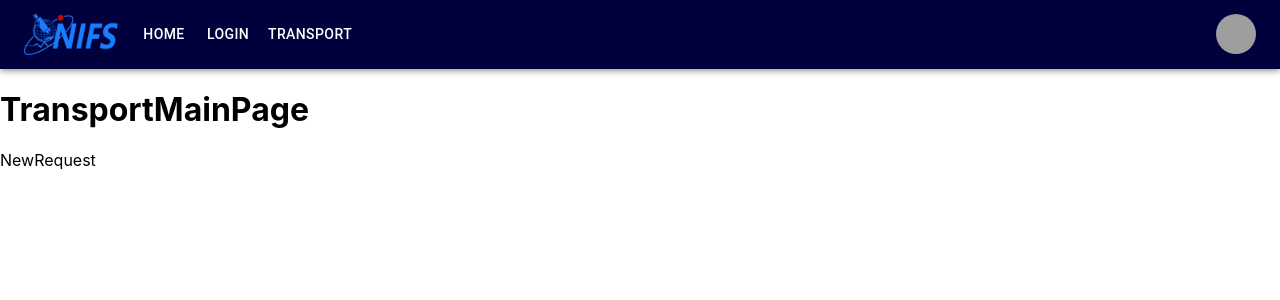
Repository: Ravindu97/NIFS_WebApplication
Page: /transport (app in client/)
The author's editor kept a copy of each file at every save. The page is drawn from the files as they stood at one save, then again after the next save.
The browser window is 1280 px wide. The pictures show the whole page.
Pictures or frames that could not be fetched are drawn as grey boxes. The project was rebuilt for these pictures with package versions that can differ from the ones it lists, and the page was loaded fresh each time. Also part of the build but not shown: client/src/pages/Home.js, client/src/pages/Login.js, client/src/components/Transport/RecommendedRequest.js, client/src/components/Transport/ApproveRequest.js.

Above is the page before, as saved 2022-06-30 20:38:34.

### client/src/index.css
body {
  margin: 0;
  font-family: -apple-system, BlinkMacSystemFont, 'Segoe UI', 'Roboto', 'Oxygen',
    'Ubuntu', 'Cantarell', 'Fira Sans', 'Droid Sans', 'Helvetica Neue',
    sans-serif;
  -webkit-font-smoothing: antialiased;
  -moz-osx-font-smoothing: grayscale;
}

:root{
  --main-navbar-back: #00003c;

}


.nav-logo{
  width: 100px;
  height: auto;
}

.main-navbar{
  background-color: var(--main-navbar-back) !important;
}

### client/src/App.js
import * as React from 'react';
import { BrowserRouter as Router, Route, Routes } from 'react-router-dom';
import Navbar from './components/shared/Navbar';
import Home from './pages/Home';
import Login from './pages/Login';
import TransportMainPage from './pages/TransportMainPage';

function App() {
	return (
		<div>
			<Router>
				<Navbar />
				<Routes>
					<Route exact path="/" element={<Home />} />
					<Route exact path="/login" element={<Login />} />
					<Route exact path="/transport/*" element={<TransportMainPage />} />
				</Routes>
			</Router>
		</div>
	);
}

export default App;

### client/src/components/shared/Navbar.js
import * as React from 'react';
import AppBar from '@mui/material/AppBar';
import Box from '@mui/material/Box';
import Toolbar from '@mui/material/Toolbar';
import IconButton from '@mui/material/IconButton';
import Typography from '@mui/material/Typography';
import Menu from '@mui/material/Menu';
import MenuIcon from '@mui/icons-material/Menu';
import Container from '@mui/material/Container';
import Avatar from '@mui/material/Avatar';
import Button from '@mui/material/Button';
import Tooltip from '@mui/material/Tooltip';
import MenuItem from '@mui/material/MenuItem';
import { Link } from 'react-router-dom';
import Logo from '../../images/nifs_logo.png';

const Navbar = () => {
	const pages = [
		{
			id: 0,
			title: 'Home',
			link: '/',
		},
		{
			id: 1,
			title: 'Login',
			link: '/login',
		},
		{
			id: 2,
			title: 'Transport',
			link: '/transport',
		},
	];

	const settings = [
		{
			id: 0,
			title: 'Home',
			link: '/',
		},
		{
			id: 1,
			title: 'Login',
			link: '/login',
		},
		{
			id: 2,
			title: 'Transport',
			link: '/transport',
		},
	];

	const [anchorElNav, setAnchorElNav] = React.useState(null);
	const [anchorElUser, setAnchorElUser] = React.useState(null);

	const handleOpenNavMenu = (event) => {
		setAnchorElNav(event.currentTarget);
	};
	const handleOpenUserMenu = (event) => {
		setAnchorElUser(event.currentTarget);
	};

	const handleCloseNavMenu = () => {
		setAnchorElNav(null);
	};

	const handleCloseUserMenu = () => {
		setAnchorElUser(null);
	};

	return (
		<AppBar position="static" className="main-navbar">
			<Container maxWidth="xl">
				<Toolbar disableGutters>
					{/* <AdbIcon sx={{ display: { xs: 'none', md: 'flex' }, mr: 1 }} /> */}
					<Box sx={{ display: { xs: 'none', md: 'flex' }, mr: 1 }}>
						<img src={Logo} alt="logo" className="nav-logo" />
					</Box>

					<Box sx={{ flexGrow: 1, display: { xs: 'flex', md: 'none' } }}>
						<IconButton
							size="large"
							aria-label="account of current user"
							aria-controls="menu-appbar"
							aria-haspopup="true"
							onClick={handleOpenNavMenu}
							color="inherit"
						>
							<MenuIcon />
						</IconButton>
						<Menu
							id="menu-appbar"
							anchorEl={anchorElNav}
							anchorOrigin={{
								vertical: 'bottom',
								horizontal: 'left',
							}}
							keepMounted
							transformOrigin={{
								vertical: 'top',
								horizontal: 'left',
							}}
							open={Boolean(anchorElNav)}
							onClose={handleCloseNavMenu}
							sx={{
								display: { xs: 'block', md: 'none' },
							}}
						>
							{pages &&
								pages.map((page) => (
									<MenuItem key={page.id} onClick={handleCloseNavMenu}>
										<Link to={page.link} style={{ textDecoration: 'none' }}>
											<Typography textAlign="center">{page.title}</Typography>
										</Link>
									</MenuItem>
								))}
						</Menu>
					</Box>

					<Box
						sx={{
							mr: 2,
							display: { xs: 'flex', md: 'none' },
							flexGrow: 1,
						}}
					>
						<img src={Logo} alt="logo" className="nav-logo" />
					</Box>

					<Box sx={{ flexGrow: 1, display: { xs: 'none', md: 'flex' } }}>
						{pages &&
							pages.map((page) => (
								<Link to={page.link} style={{ textDecoration: 'none' }}>
									<Button
										key={page.id}
										onClick={handleCloseNavMenu}
										sx={{ my: 2, color: 'white', display: 'block' }}
									>
										{page.title}
									</Button>
								</Link>
							))}
					</Box>

					<Box sx={{ flexGrow: 0 }}>
						<Tooltip title="Open settings">
							<IconButton onClick={handleOpenUserMenu} sx={{ p: 0 }}>
								<Avatar
									alt="Remy Sharp"
									src="https://images.unsplash.com/photo-1566753323558-f4e0952af115?ixlib=rb-1.2.1&ixid=MnwxMjA3fDB8MHxzZWFyY2h8MXx8bWFsZXxlbnwwfHwwfHw%3D&w=1000&q=80"
								/>
							</IconButton>
						</Tooltip>
						<Menu
							sx={{ mt: '45px' }}
							id="menu-appbar"
							anchorEl={anchorElUser}
							anchorOrigin={{
								vertical: 'top',
								horizontal: 'right',
							}}
							keepMounted
							transformOrigin={{
								vertical: 'top',
								horizontal: 'right',
							}}
							open={Boolean(anchorElUser)}
							onClose={handleCloseUserMenu}
						>
							{settings.map((setting) => (
								<MenuItem key={setting.id} onClick={handleCloseUserMenu}>
									<Typography textAlign="center">{setting.title}</Typography>
								</MenuItem>
							))}
						</Menu>
					</Box>
				</Toolbar>
			</Container>
		</AppBar>
	);
};
export default Navbar;

### client/src/pages/TransportMainPage.js
import React from 'react';
import Tabs from '@mui/material/Tabs';
import Tab from '@mui/material/Tab';
import Box from '@mui/material/Box';
import { Link } from 'react-router-dom';
import TransportNavbar from '../components/Transport/shared/TransportNavbar';
import { Route, Routes } from 'react-router-dom';
import NewRequest from '../components/Transport/NewRequest';
import RecommendedRequest from '../components/Transport/RecommendedRequest';
import ApproveRequest from '../components/Transport/ApproveRequest';

function TransportMainPage() {
	const pages = [
		{
			id: 0,
			title: 'New Request',
			link: '/transport',
		},
		{
			id: 1,
			title: 'Recommend Request',
			link: '/transport/recommend',
		},
		{
			id: 2,
			title: 'Approve Request',
			link: '/transport/approve',
		},
	];
	return (
		<div>
			<h1>TransportMainPage</h1>
			{/* <TransportNavbar /> */}
			<Routes>
				<Route
					exact
					path="/"
					element={<NewRequest />}
					render={(history) => (
						<Box sx={{ width: '100%' }}>
							<Box sx={{ borderBottom: 1, borderColor: 'divider' }}>
								<Tabs>
									{pages &&
										pages.map((page) => (
											<Tab
												key={page.id}
												label={page.title}
												value={page.link}
												component={Link}
												to={page.link}
											/>
										))}
								</Tabs>
							</Box>
						</Box>
					)}
				/>
				<Route exact path="/recommend" element={<RecommendedRequest />} />
				<Route exact path="/approve" element={<ApproveRequest />} />
			</Routes>
		</div>
	);
}

export default TransportMainPage;

### client/src/components/Transport/NewRequest.js
import React from 'react';

function NewRequest() {
	return <div>NewRequest</div>;
}

export default NewRequest;

### client/src/components/Transport/shared/TransportNavbar.js
import * as React from 'react';
import Tabs from '@mui/material/Tabs';
import Tab from '@mui/material/Tab';
import Box from '@mui/material/Box';
import { Link } from 'react-router-dom';

export default function TransportNavbar() {
	const pages = [
		{
			id: 0,
			title: 'New Request',
			link: '/transport',
		},
		{
			id: 1,
			title: 'Recommend Request',
			link: '/transport/recommend',
		},
		{
			id: 2,
			title: 'Approve Request',
			link: '/transport/approve',
		},
	];

	return (
		<Box sx={{ width: '100%' }}>
			<Box sx={{ borderBottom: 1, borderColor: 'divider' }}>
				<Tabs>
					{pages &&
						pages.map((page) => (
							<Tab
								key={page.id}
								label={page.title}
								value={page.link}
								component={Link}
								to={page.link}
							/>
						))}
				</Tabs>
			</Box>
		</Box>
	);
}

Loaded but not shown: client/src/index.js (common file); client/src/reportWebVitals.js (common file)

After the next save:
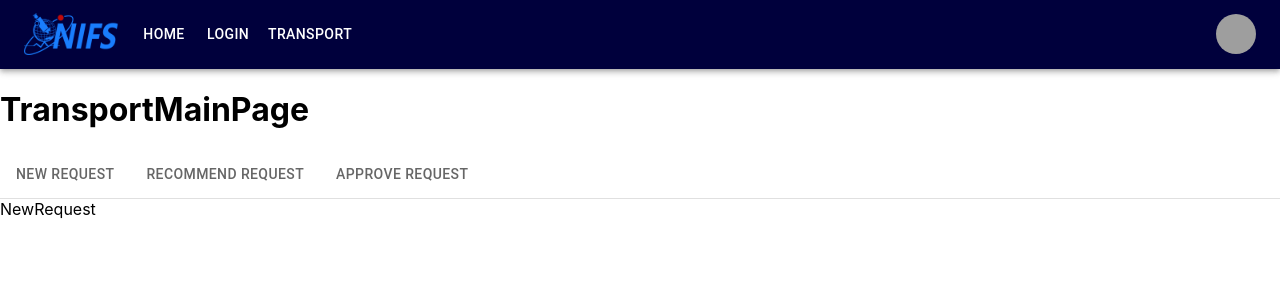
Saved 72 s later.
--- a/client/src/pages/TransportMainPage.js
+++ b/client/src/pages/TransportMainPage.js
@@ -30,7 +30,7 @@
 	return (
 		<div>
 			<h1>TransportMainPage</h1>
-			{/* <TransportNavbar /> */}
+			<TransportNavbar />
 			<Routes>
 				<Route
 					exact

After the save that followed:
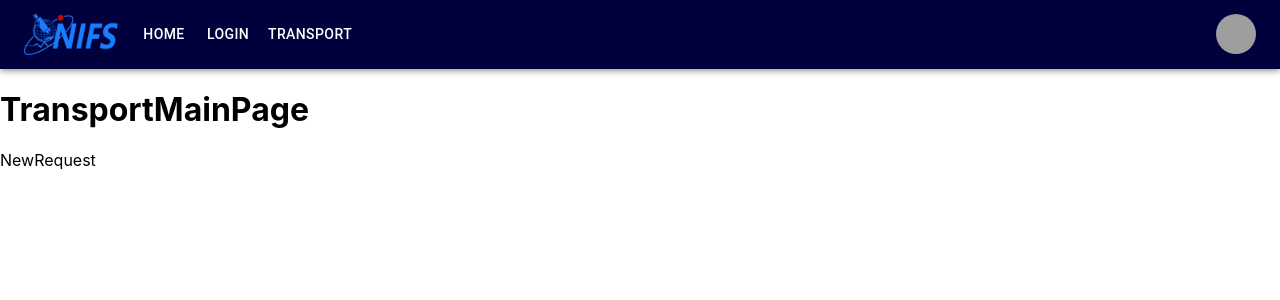
Saved 25 s later.
--- a/client/src/pages/TransportMainPage.js
+++ b/client/src/pages/TransportMainPage.js
@@ -30,7 +30,7 @@
 	return (
 		<div>
 			<h1>TransportMainPage</h1>
-			<TransportNavbar />
+			{/* <TransportNavbar /> */}
 			<Routes>
 				<Route
 					exact
